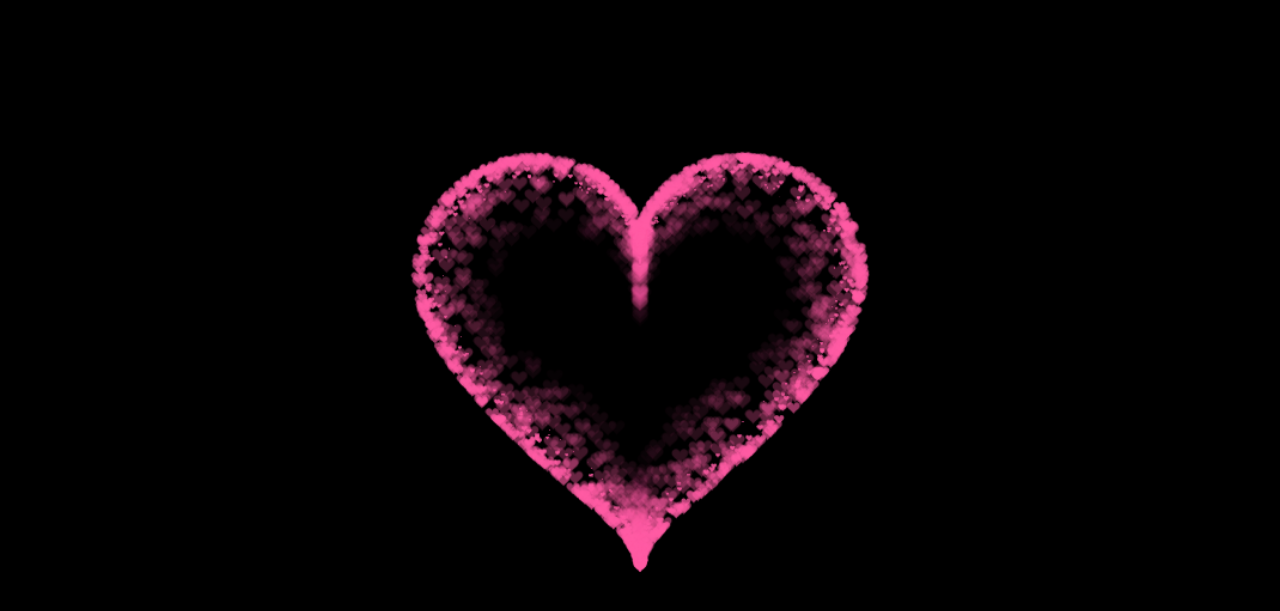
Repository: Mannj-nef/Heart-beat
Page: index.html
These files come from the project's save history. The page is drawn as it stood at one moment and after the next save; the edit follows.
The browser window is 1280 px wide. The pictures show the whole page.

Above is the page before, as saved 2022-11-08 12:04:56.

After the next save:
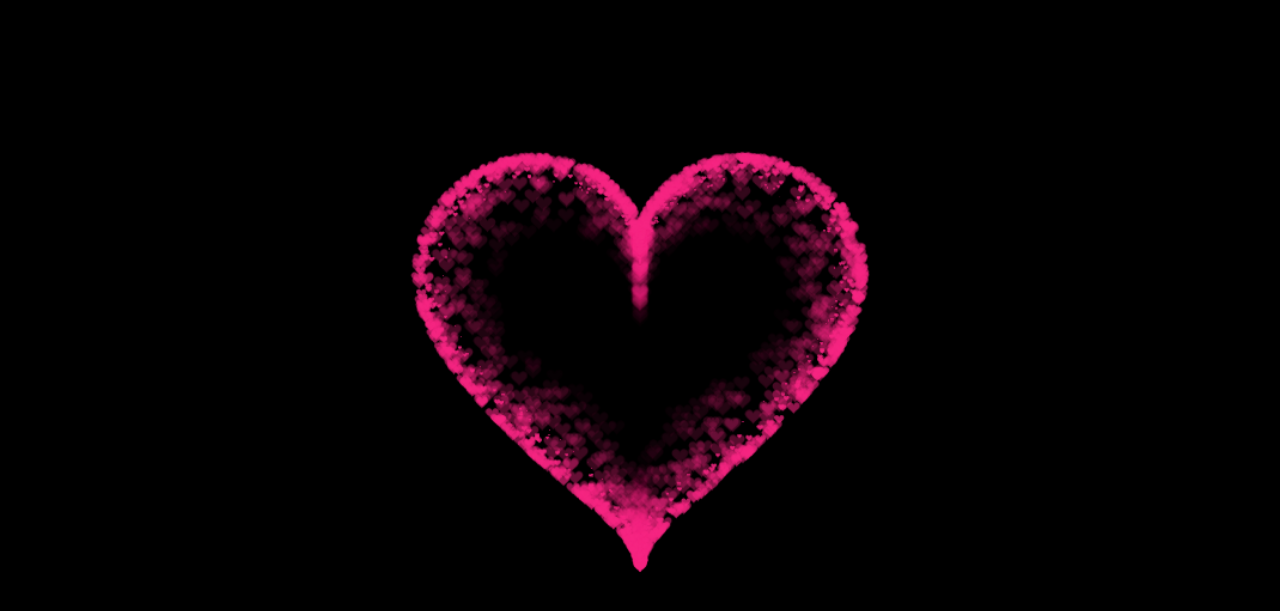
Saved 2 min 58 s later.
--- a/index.js
+++ b/index.js
@@ -209,7 +209,7 @@ var ParticlePool = (function () {
     }
     context.closePath();
     // create the fill
-    context.fillStyle = "#FF5CA4";
+    context.fillStyle = "#F62682";
     context.fill();
     // create the image
     var image = new Image();
